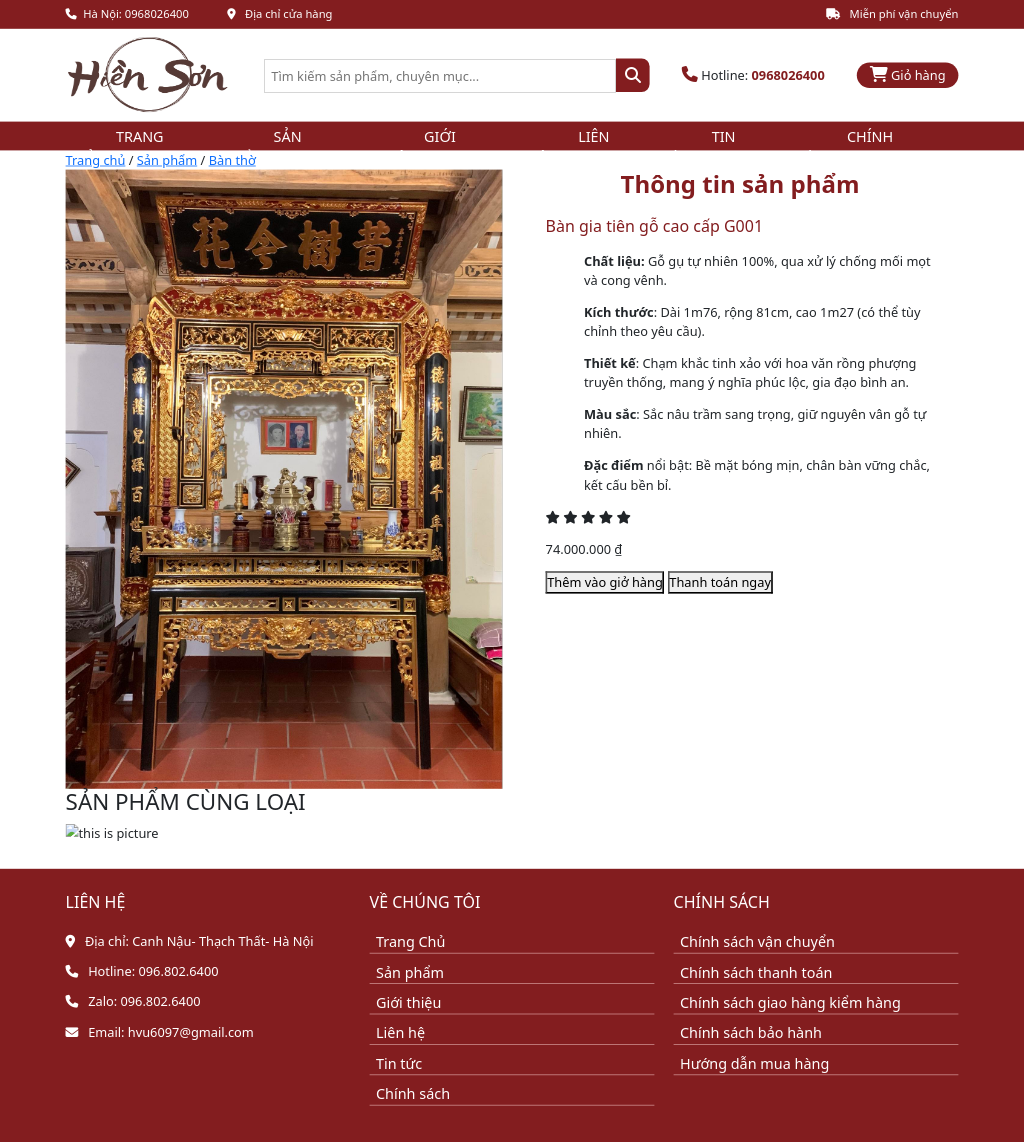
Repository: hoang28092000/do_go_hien_son
Page: product_details/ban_tho-g001.html
These files come from the project's save history. The page is drawn as it stood at one moment and after the next save; the edit follows.
The browser window is 1280 px wide. The pictures show the whole page, at 80% of full size.
Some web libraries are served in a nearby version.

Above is the page before, as saved 2024-08-10 20:11:35.

After the next save:
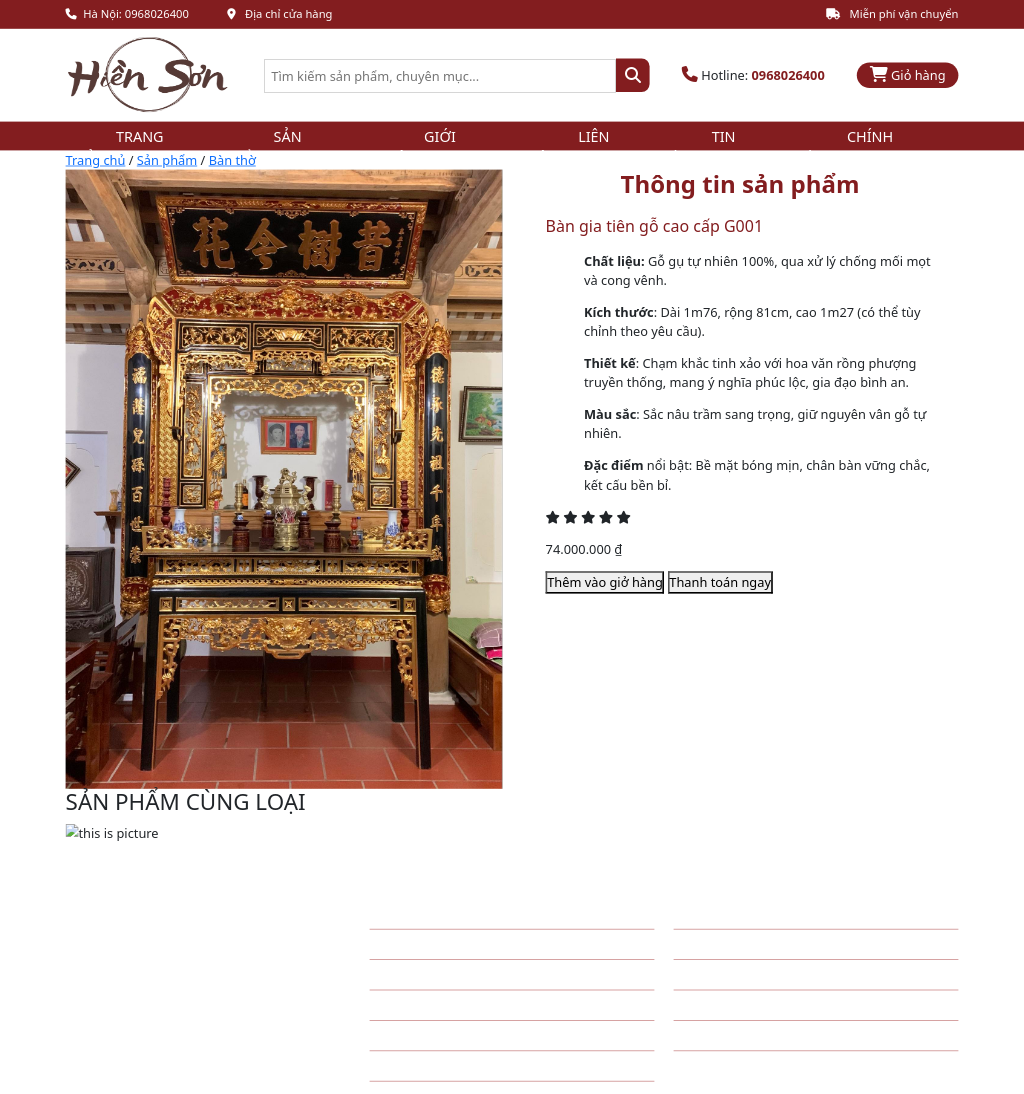
Saved 8 s later.
--- a/asset/style.css
+++ b/asset/style.css
@@ -470,6 +470,7 @@
     font-weight: 500;
     margin-top: 20px;
 }
+.desc-info-pd .heading-pd
 
 /* footer */
 #footer{

After the 4 saves that followed:
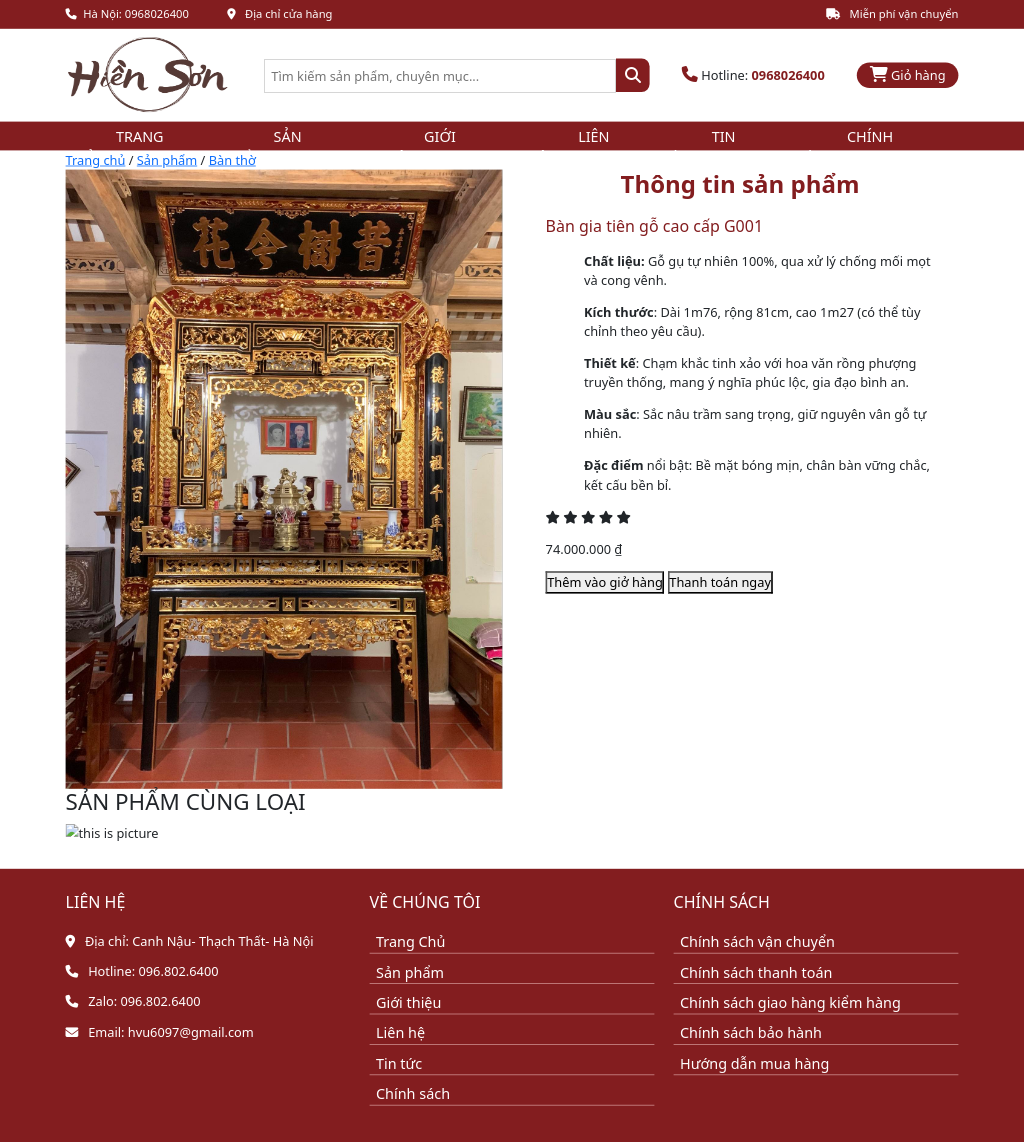
The 4 saves are shown as one change because 2 left the picture as it was and some came seconds apart.
The last was saved 21 s later.
--- a/asset/style.css
+++ b/asset/style.css
@@ -470,7 +470,9 @@
     font-weight: 500;
     margin-top: 20px;
 }
-.desc-info-pd .heading-pd
+.desc-info-pd .txt-pd{
+
+}
 
 /* footer */
 #footer{
